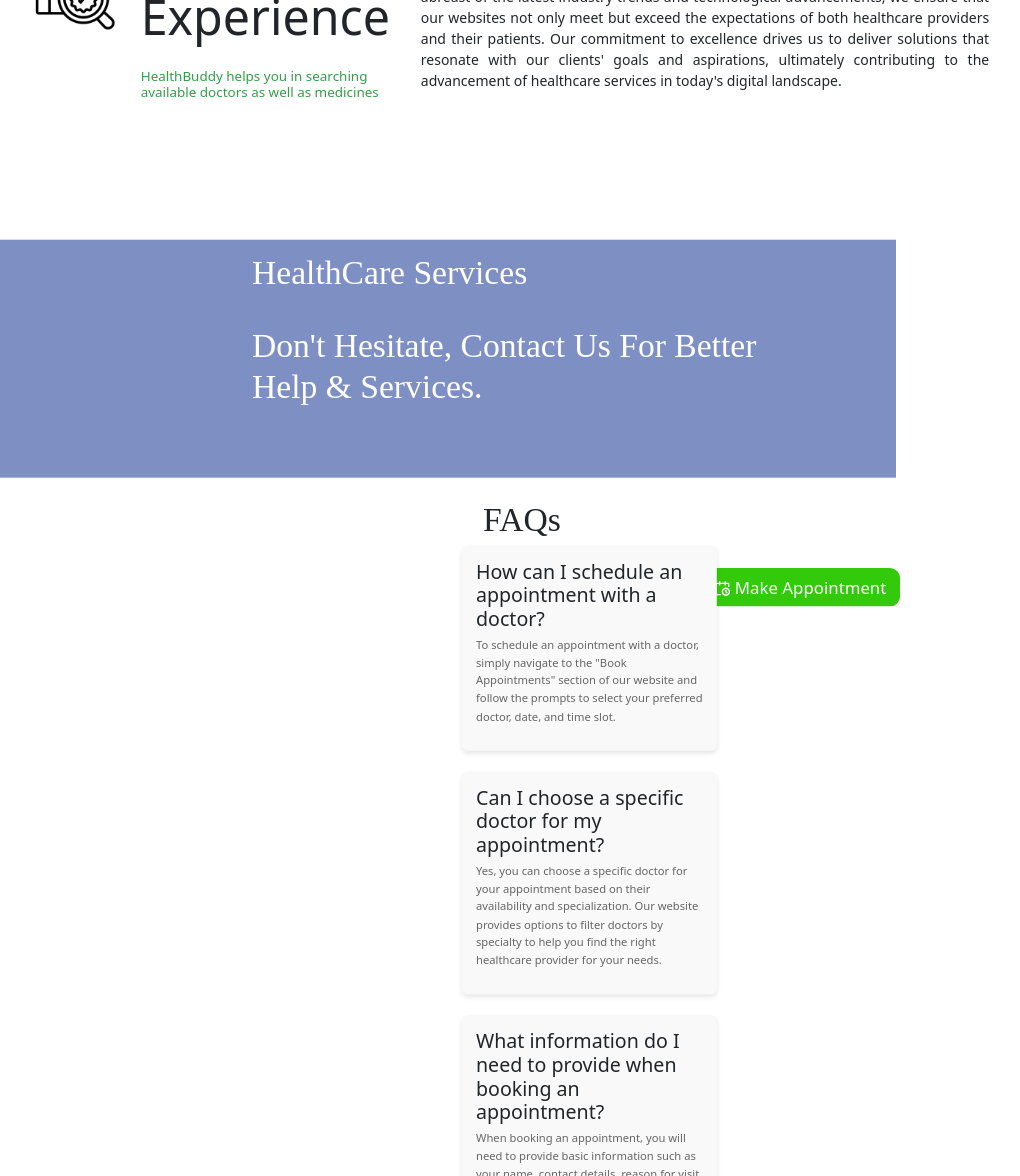
Repository: WajihaGul/MedicalApp-Frontend
Page: /
These files come from the project's save history. The page is drawn as it stood at one moment and after the next save; the edit follows.
The browser window is 1280 px wide. The page is 1457 px wide, so the pictures cover 1457 px, including what lies to the right of the window. The pictures show the part of the page from y = 1699 to 3379 px (the page is 4744 px tall), at 70% of full size.
The project was rebuilt for these pictures with package versions that can differ from the ones it lists, and the page was loaded fresh each time. Also part of the build but not shown: vite.config.js, src/index.css, src/App.css.

Above is the page before, as saved 2024-05-08 23:08:46.

### public/index.html
<!DOCTYPE html>
<html lang="en">
  <head>
    <meta charset="utf-8" />
    <link rel="icon" href="%PUBLIC_URL%/favicon.ico" />
    <meta name="viewport" content="width=device-width, initial-scale=1" />
    <meta name="theme-color" content="#000000" />
    <meta
      name="description"
      content="Web site created using create-react-app"
    />
    <link rel="apple-touch-icon" href="%PUBLIC_URL%/logo192.png" />

    <link rel="manifest" href="%PUBLIC_URL%/manifest.json" />

    <title>Health Buddy</title>

    <!-- Bootstrap CSS -->

    <link href="https://cdn.jsdelivr.net/npm/bootstrap@5.3.3/dist/css/bootstrap.min.css" rel="stylesheet">
  </head>
  <body>
    <noscript>You need to enable JavaScript to run this app.</noscript>
    <div id="root"></div>

  </body>
</html>

### src/index.js
import React from "react";
import ReactDOM from "react-dom/client";
import "./index.css";
import "bootstrap/dist/css/bootstrap.min.css";
import { Auth0Provider } from "@auth0/auth0-react";
import App from "./App";

const root = ReactDOM.createRoot(document.getElementById("root"));
root.render(
  <Auth0Provider
    domain="dev-0g3c3dxmqjxyqw2c.us.auth0.com"
    clientId="oMzUGa6dYetqfOyrTVNkJyeCd189p4oL"
    authorizationParams={{
      redirect_uri: window.location.origin,
    }}
  >
    <App />
  </Auth0Provider>
);

### src/App.js
import "./App.css";
import Homepage from "./Pages/Homepage";
function App() {
  return (
    <>
      <Homepage />
    </>
  );
}

export default App;

### src/Pages/Homepage.jsx
import Accomplishments from "../Components/Accomplishments/Accomplishments";
import Experience from "../Components/Experience/Experience";
import LandingPage from "./../Components/LandingPage/LandingPage";
import NavigationBar from "./../Components/NavigationBar/Navbar";
import MakeAppointment from "../Components/MakeAppointment/MakeAppointment";
import Footer from "../Components/Footer/Footer";
import Faqs from "../Components/FAQS/Faqs";

const Homepage = () => {
  return (
    <>
      <NavigationBar />
      <LandingPage />
      <Accomplishments />
      <Experience />
      <MakeAppointment />
      <Faqs />
      <Footer />
    </>
  );
};

export default Homepage;

### src/Components/Accomplishments/Accomplishments.jsx
import styles from "./Accomplishments.module.css";

const Accomplishments = () => {
  return (
    <div className={styles.container}>
      <div className={styles.innerContainer}>
        <div className={styles.column1}>
          <img
            className={styles.cols_img}
            src="https://medi-dove.netlify.app/img/counter/counter-icon-7.png"
            alt=""
          />

          <p className={styles.explanationi}>540 + </p>

          <p className={styles.explanationii}>Expert Doctors</p>

          <p className={styles.explanationiii}>
            Our team of dedicated professionals ensures personalized care and
            expert guidance tailored to your unique health needs
          </p>
        </div>

        <div className={styles.column1}>
          <img
            className={styles.cols_img}
            src="https://medi-dove.netlify.app/img/counter/counter-icon-9.png"
            alt=""
          />

          <p className={styles.explanationi}>899+</p>

          <p className={styles.explanationii}>Problem Solve</p>

          <p className={styles.explanationiii}>
            Benefit from our extensive expertise in resolving medical
            challenges, offering tailored solutions that prioritize patient
            well-being.
          </p>
        </div>

        <div className={styles.column3}>
          <img
            className={styles.cols_img}
            src="https://medi-dove.netlify.app/img/counter/counter-icon-83.png"
            alt=""
          />

          <p className={styles.explanationi}>100+</p>

          <p className={styles.explanationii}>Award Winner</p>

          <p className={styles.explanationiii}>
            With a track record of excellence, we continue to set the standard
            for cutting-edge medical information and services
          </p>
        </div>
      </div>
    </div>
  );
};

export default Accomplishments;

### src/Components/Experience/Experience.jsx
import styles from "./Experience.module.css";

const Experience = () => {
  return (
    <>
      <div className={styles.container}>
        <div className={styles.divimg}>
          <img
            className={styles.eimg}
            src="/Assets/Experience_image.png"
            alt="logo here"
          />
        </div>

        <div>
          <h1 className={styles.ehead1}>25+ Years Of Experience</h1>
          <br />
          <h6 className={styles.ehead6}>
            HealthBuddy helps you in searching available doctors as well as
            medicines
          </h6>
        </div>
        <div>
          <p className={styles.story_p}>
            Drawing upon a wealth of over 25 years of collective experience in
            the healthcare sector, our team brings unparalleled expertise to the
            development of medical websites. With a focus on user-centric design
            and accessibility, we create intuitive interfaces that prioritize
            patient engagement and professional credibility. By staying abreast
            of the latest industry trends and technological advancements, we
            ensure that our websites not only meet but exceed the expectations
            of both healthcare providers and their patients. Our commitment to
            excellence drives us to deliver solutions that resonate with our
            clients' goals and aspirations, ultimately contributing to the
            advancement of healthcare services in today's digital landscape.
          </p>
        </div>
      </div>
    </>
  );
};
export default Experience;

### src/Components/LandingPage/LandingPage.jsx
import React from "react";
import "bootstrap/dist/css/bootstrap.min.css";
import { Carousel } from "react-bootstrap";
import styles from "./LandingPage.module.css";

const LandingPage = () => {
  return (
    <Carousel>
      <Carousel.Item>
        <img
          className={styles.dblock}
          src="https:hips.hearstapps.com/hmg-prod/images/types-of-doctors-1600114658.jpg?crop=0.974xw:0.729xh;0,0&resize=1200:*"
          alt="First slide"
        />
        <Carousel.Caption>
          <h3 className={styles.sliders_h}>Welcome to HealthBuddy</h3>
          <p className={styles.sliders_p}>
            We are dedicated to providing compassionate care and innovative
            medical solutions tailored to your needs.
          </p>
        </Carousel.Caption>
      </Carousel.Item>
      <Carousel.Item>
        <img
          className={styles.dblock}
          src="https://medi-dove.netlify.app/img/home4/about/overlap.png"
          alt="Second slide"
        />
        <Carousel.Caption>
          <h3 className={styles.sliders_h}>
            Find Trusted Doctors in Your Area
          </h3>
          <p className={styles.sliders_p}>
            Whether you need a primary care physician, specialist, or allied
            healthcare provider, we've got you covered.
          </p>
        </Carousel.Caption>
      </Carousel.Item>
      <Carousel.Item>
        <img
          className={styles.dblock}
          src="https://drz0f01yeq1cx.cloudfront.net/1714474335549-158e1cf4-d33e-41ef-afb5-0ab23aea778c-4929.png"
          alt="Third slide"
        />
        <Carousel.Caption>
          <h3 className={styles.sliders_h}>Convenient Pharmacy Services</h3>
          <p className={styles.sliders_p}>
            Our pharmacy services make it easy to access the medications you
            need, right from the comfort of your own home.
          </p>
        </Carousel.Caption>
      </Carousel.Item>
    </Carousel>
  );
};

export default LandingPage;

### src/Components/NavigationBar/Navbar.jsx
import styles from "./Navbar.module.css";
import { useAuth0 } from "@auth0/auth0-react";

const Navbar = () => {
  const { loginWithRedirect, isAuthenticated, logout } = useAuth0();

  return (
    <>
      <nav className={styles.container}>
        <div className={styles.logo}>
          <img
            className={styles.nav_img}
            src="https://cdn.icon-icons.com/icons2/1465/PNG/512/588hospital_100778.png"
            alt="logo"
          />
          <h1 className={styles.nav_head}>HealthBuddy</h1>
        </div>
        <ul className={styles.navul}>
          <li href="#">Home</li>
          <li href="#">Doctors</li>
          <li href="#">Pharmacies</li>
          <li href="#">Contact Us</li>
        </ul>
        {isAuthenticated ? (
          <li>
            <button
              className={styles.customButton}
              onClick={() =>
                logout({ logoutParams: { returnTo: window.location.origin } })
              }
            >
              Log Out
            </button>
          </li>
        ) : (
          <li>
            <button
              className={styles.customButton}
              onClick={() => loginWithRedirect()}
            >
              Login
            </button>
          </li>
        )}
      </nav>
    </>
  );
};

export default Navbar;

### src/Components/MakeAppointment/MakeAppointment.jsx
import styles from "./MakeAppointment.module.css";
import { RiCalendarScheduleLine } from "react-icons/ri";

const MakeAppointment = () => {
  return (
    <>
      <div className={styles.container}>
        <div className={styles.innerContainer}>
          <div className={styles.divii}>
            <h3 className={styles.head3}>HealthCare Services</h3>
            <h1 className={styles.head1}>
              Don't Hesitate, Contact Us For Better Help & Services.
            </h1>
          </div>
        </div>
        <div className={styles.ButtonHere}>
          <button className={styles.button} type="button">
            <RiCalendarScheduleLine className={styles.icon} />
            Make Appointment
          </button>
        </div>
      </div>
    </>
  );
};

export default MakeAppointment;

### src/Components/Footer/Footer.jsx
import React from "react";
import styles from "./Footer.module.css";
import {
  FaPhone,
  FaEnvelope,
  FaFacebook,
  FaTwitter,
  FaInstagram,
  FaLinkedin,
} from "react-icons/fa";

const Footer = () => {
  return (
    <>
      <footer className={styles.footer}>
        <div className={styles.container}>
          <div className={styles.footer_grid}>
            <div className={styles.footer_item}>
              <h3>Contact Us</h3>
              <p>
                <FaPhone /> +1-123-456-7890
              </p>
              <p>
                <FaEnvelope /> info@medicalwebsite.com
              </p>
            </div>
            <div className={styles.footer_item}>
              <h3>Quick Links</h3>
              <ul>
                <li>
                  <a href="#home">Home</a>
                </li>
                <li>
                  <a href="#doctors">Doctors</a>
                </li>
                <li>
                  <a href="#pharmacy">Pharmacy</a>
                </li>
                <li>
                  <a href="#appointments">Appointments</a>
                </li>
                <li>
                  <a href="#about">About Us</a>
                </li>
                <li>
                  <a href="#contact">Contact Us</a>
                </li>
              </ul>
            </div>
            <div className={styles.footer_item}>
              <h3>Services</h3>
              <ul>
                <li>
                  <a href="#appointment">Book Appointment</a>
                </li>
                <li>
                  <a href="#pharmacy-order">Order Medicine</a>
                </li>
              </ul>
            </div>
            <div className={styles.footer_item}>
              <h3>Follow Us</h3>
              <ul className={styles.social_icons}>
                <li>
                  <a href="https://facebook.com">
                    <FaFacebook />
                  </a>
                </li>
                <li>
                  <a href="https://twitter.com">
                    <FaTwitter />
                  </a>
                </li>
                <li>
                  <a href="https://instagram.com">
                    <FaInstagram />
                  </a>
                </li>
                <li>
                  <a href="https://linkedin.com">
                    <FaLinkedin />
                  </a>
                </li>
              </ul>
            </div>
          </div>
        </div>
        <div className={styles.footer_bottom}>
          <div className={styles.container}>
            <p>
              &copy; {new Date().getFullYear()} Medical Website. All rights
              reserved.
            </p>
          </div>
        </div>
      </footer>
    </>
  );
};

export default Footer;

### src/Components/FAQS/Faqs.jsx
import React from "react";
import styles from "./Faqs.module.css";

const Faqs = () => {
  return (
    <section className={styles.faq_section}>
      <div className={styles.faq_content}>
        <h2 className={styles.faq_h2}>FAQs</h2>
        <div className={styles.faq_item}>
          <h3>How can I schedule an appointment with a doctor?</h3>
          <p>
            To schedule an appointment with a doctor, simply navigate to the
            "Book Appointments" section of our website and follow the prompts to
            select your preferred doctor, date, and time slot.
          </p>
        </div>
        <div className={styles.faq_item}>
          <h3>Can I choose a specific doctor for my appointment?</h3>
          <p>
            Yes, you can choose a specific doctor for your appointment based on
            their availability and specialization. Our website provides options
            to filter doctors by specialty to help you find the right healthcare
            provider for your needs.
          </p>
        </div>
        <div className={styles.faq_item}>
          <h3>
            What information do I need to provide when booking an appointment?
          </h3>
          <p>
            When booking an appointment, you will need to provide basic
            information such as your name, contact details, reason for visit,
            and any relevant medical history. This information helps us ensure
            that you receive the appropriate care during your visit.
          </p>
        </div>
        <div className={styles.faq_item}>
          <h3>How can I order prescription medications from the pharmacy?</h3>
          <p>
            Ordering prescription medications from our pharmacy is easy. Simply
            log in to your account on our website, navigate to the pharmacy
            section, and browse our catalog of available medications. Add the
            desired items to your cart, proceed to checkout, and follow the
            instructions to complete your order
          </p>
        </div>

        <div className={styles.faq_item}>
          <h3>
            How long does it take for prescription medications to be delivered?
          </h3>
          <p>
            Prescription medication delivery times may vary depending on your
            location and the availability of the medications you have ordered.
            Typically, orders are processed and dispatched within 24 hours, and
            delivery times range from 2-3 business days.
          </p>
        </div>
      </div>
    </section>
  );
};

export default Faqs;

### src/Components/Accomplishments/Accomplishments.module.css
.container{
    margin:0 auto;
    width: 1200px;
    padding-top: 30px;
    padding-bottom: 30px;
    margin-top: 30px;
    display: flex;
    flex-direction: column;
}
.innerContainer{
    display: flex;
    flex-direction: row;
}
.column1 , .column2 , .column3{
    display: flex;
    flex-direction: column;
    justify-content: center;
    align-items: center;
}
.explanationi{
    font-size: xxx-large;
    font-weight: 700px;
}

.explanationii{
    color: green;
    font-size: larger;
    font-style: italic;
    margin-top: -12px;
}

.explanationiii{
    text-align: justify;
    margin-right: 23px;
    font-size:24px;
}

.cols_img{
    height: 150px;
    width: 150px;
    align-items: center !important;
    justify-content: center !important;
}

### src/Components/Experience/Experience.module.css
.container{
  margin: 0 auto;
  width: 1200px;
  margin-top: 138px;
  display: flex;
  flex-direction: row;
  margin-bottom: 138px;
}

.logo, .experience , .story{
  margin: 10px;
  height: 100px !important;
}

.story_p{
  padding: 44px;
    text-align: justify;
    font-size: 20px;
    width: 900px;
}
.divimg{

}
.ehead1{
  font-size: 69px;
}

.ehead6{
color: #339e46 ;
font-size: larger;
}
.eimg{
  height: 131px;
  margin-bottom: 102px;
  margin-top: 102px;
  padding-right: 30px;
}

### src/Components/LandingPage/LandingPage.module.css
.carousel {
  overflow: hidden; /* Hide any overflow */
}

.carousel-item img {
  max-width: 100%; /* Ensure images don't exceed the width of the container */
  max-height: 100vh; /* Adjust the height as needed to fit within the viewport */
  margin: auto; /* Center the images horizontally */
}

.dblock{
  height: 100vh;
  width: 100%;
  margin-bottom: 100px;
  filter: brightness(0.5);
}

.sliders_p{
  font-size: 48px;
  color: white;
  width: 1462px;
  text-align: center;
  padding-bottom: 156px;
  font-family: serif;
}

.sliders_h{
  font-size: 48px;
  font-family: serif;
}

### src/Components/NavigationBar/Navbar.module.css
nav {
    position: fixed;
    top: 0;
    left: 0;
    width: 100%;
    display: flex;
    justify-content: space-between;
    align-items: center;
    height: 80px;
    padding: 0 30px;
    background-color: #4f4fa1;
    box-shadow: 0px 4px 10px rgba(0, 0, 0, 0.1);
    z-index: 10;
}

.navul {
  display: flex;
  gap: 53px;
  list-style-type: none;
  margin: 0;
  padding: 0;
  font-size: x-large;
  box-sizing: border-box;
  font-family: cursive;
  color: white;
  font-weight: 800;
}

.navbar-item {
  position: relative;
}

.navbar-item a {
  text-decoration: none;
  color: #fff;
  font-weight: bold;
  padding: 15px 20px;
  border-radius: 10px;
  transition: background-color 0.3s ease;
}

.navbar-item a:hover {
  background-color: rgba(255, 255, 255, 0.2); /* Semi-transparent background on hover */
}

.customButton {
  background-color: #f0f1ff;
    border: none;
    font-family: cursive;
    color: #2259b1;
    padding: 0px 32px;
    text-align: center;
    text-decoration: none;
    display: inline-block;
    margin: 4px 2px;
    cursor: pointer;
    border-radius: 4px;
    transition-duration: 0.4s;
    font-size: x-large;
    height: 54px;
    font-weight: 700;
}

.customButton:hover {

}


.btn-primary.btn-lg:hover {
  transform: scale(1.05); /* Scale button on hover */
}

.logo {
  display: flex;
  align-items: center;
}

.nav_img {
  height: 47px;
  margin-right: 20px;
  margin-top: -9px;
  margin-right: 14px;
}

.nav_head {
  font-size: 2.5rem;
  margin-left: -12px;
  color:#ffffff;
  font-family: cursive;
  margin-bottom: 1px;
  font-weight: 800;
  font-size: xx-large;
}

### src/Components/MakeAppointment/MakeAppointment.module.css
.container{
    background-color: rgb(126 144 195);
    height: 340px;
    margin-top: 152px
}
.head3{
    color: white;
    font-family: cursive;
    margin-left: 290px;
    padding-top: 18px;
    width: 800px;
    font-size: xxx-large;
    margin-right: 290px;
    padding-bottom: 18px;
}
.head1{
    margin-top: 30px;
    color: white;
    font-family: cursive;
    margin-left: 290px;
    font-size: xxx-large;
    width: 800px;
    margin-bottom: 30px;
    margin-right: 290px;
}

.innerContainer , .mbutton{
display: flex;
flex-direction: row;
}

.divii{
    margin-left: 70px;
    margin-right: -32px;
}

.ButtonHere{
    margin-left: 1000px;
    margin-top: 200px;
}

.button{
    height: 55px;
    width: 286px;
    border-color: transparent;
    font-size: x-large;
    border-radius: 15px;
    background-color: #32ca0b;
    color: white;
}

.icon{
    margin-right: 6px;
    height: 54px;
}

### src/Components/Footer/Footer.module.css
.footer {
  background-color: #191931;
  padding-top: 26px;
  padding-left: 25px;
  font-family: emoji;
  color: white;
  display: flex;
  flex-direction: column;
  justify-content: space-between; /* Align content at the top and bottom */
  height: 100%; /* Make the footer take the full height */
}

.footer .container {
  justify-content: space-between;
  color: white;
}

.footer_grid {
  color: white;
  display: grid;
  grid-template-columns: repeat(4, 1fr);
  grid-gap: 30px;
}

.footer_item {
  color: white;
  margin-bottom: 30px;
}

.footer_item h3 {
  color: white;
  font-size: 1.2rem;
  margin-bottom: 15px;
  color: white;
}

.footer_item p {
  color: white;
  font-size: 1rem;
  margin-bottom: 10px;
}

.footer_item ul {
  color: white;
  list-style-type: none;
  padding: 0;
}

.footer_item ul li {
  margin-bottom: 5px;
  color: white;
}

.footer_item ul li a {
  color: #333;
  text-decoration: none;
  color: white;
}

.footer_item ul li a:hover {
  color: #007bff;
}

.social_icons {
  display: flex;
  padding: 0;
  color: white;
}

.social_icons li {
  margin-right: 10px;
  color: white;
}

.social_icons li:last-child {
  margin-right: 0;
  color: white;
}

.social_icons a {
  color: white;
  font-size: 1.2rem;
  text-decoration: none;
}

.social_icons a:hover {
  color: #007bff;
}

.footer_bottom {
  background-color:  #191931;
  padding: 15px 0;
  color: white;
  text-align: center;
}

.footer_bottom p {
  margin-left: -23px;
  font-size: 0.9rem;
  color: white;
}

### src/Components/FAQS/Faqs.module.css
.faq_section {
    max-width: 1587px;
    display: flex;
    padding-left: 300px;
    padding: 300p;
    padding-top: 32px;
    align-items: center;
    margin-left: 340px;
}
  .faq_h2{
    font-size: 3rem;
    font-family: emoji;
    padding-left: 30px;
  }
  .faq_content {
    width: 60%;
    padding-left: 20px;
  }


  .faq_item {
    margin-bottom: 30px;
    background-color: #f9f9f9;
    padding: 20px;
    border-radius: 8px;
    box-shadow: 0 4px 8px rgba(0, 0, 0, 0.1);
    transition: transform 0.3s ease;
  }

  .faq_item:hover {
    transform: translateY(-5px);
    color: #4f4fa1;
  }

  .faq-item h3 {
    font-size: 1.2rem;
    margin-bottom: 10px;
    color: #333;
  }

  .faq_item p {
    font-size: 1rem;
    line-height: 1.6;
    color: #666;
  }

After the next save:
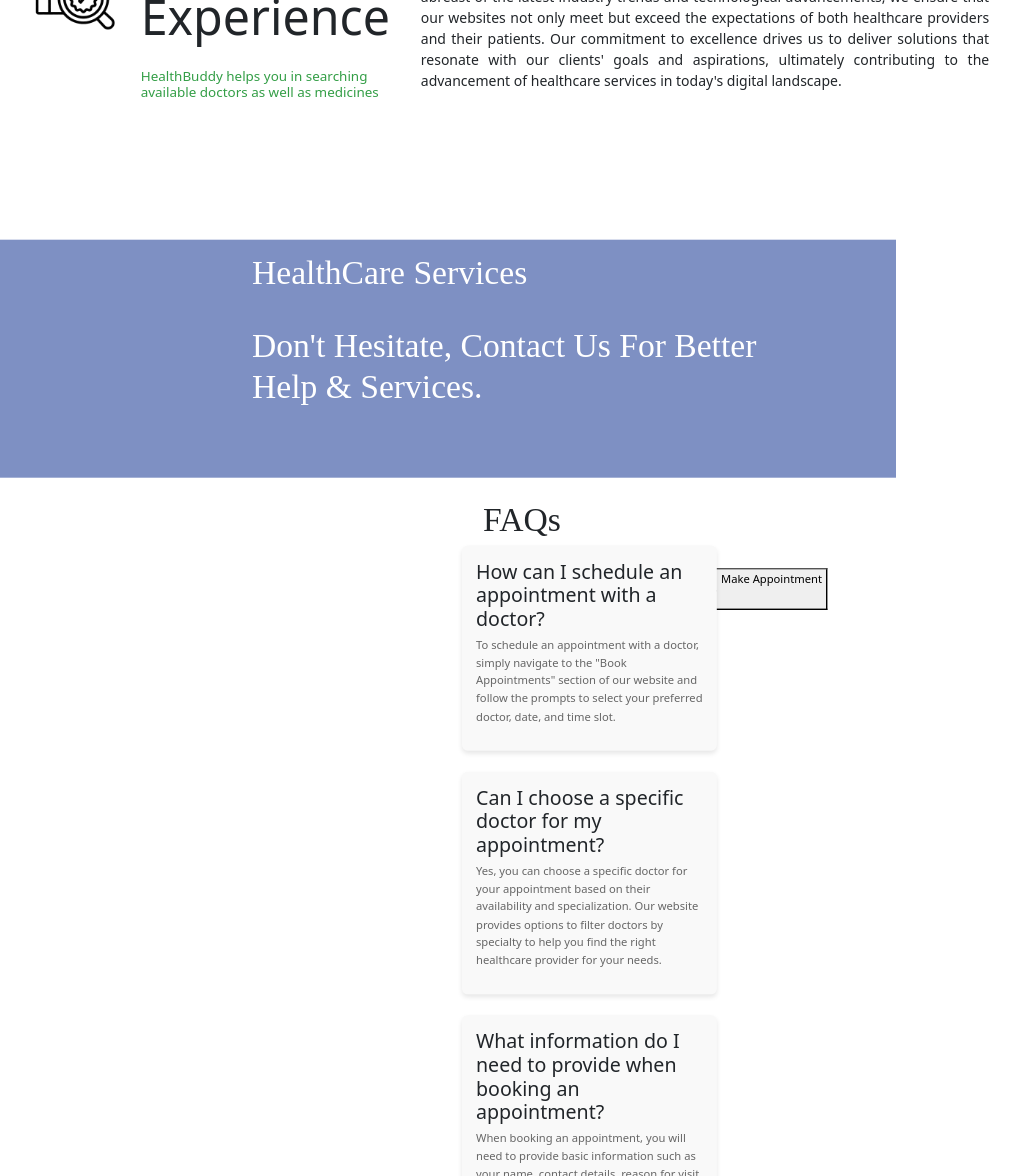
Saved 1 s later.
--- a/src/Components/MakeAppointment/MakeAppointment.jsx
+++ b/src/Components/MakeAppointment/MakeAppointment.jsx
@@ -14,7 +14,7 @@ const MakeAppointment = () => {
           </div>
         </div>
         <div className={styles.ButtonHere}>
-          <button className={styles.button} type="button">
+          <button className={styles.mbutton} type="button">
             <RiCalendarScheduleLine className={styles.icon} />
             Make Appointment
           </button>
